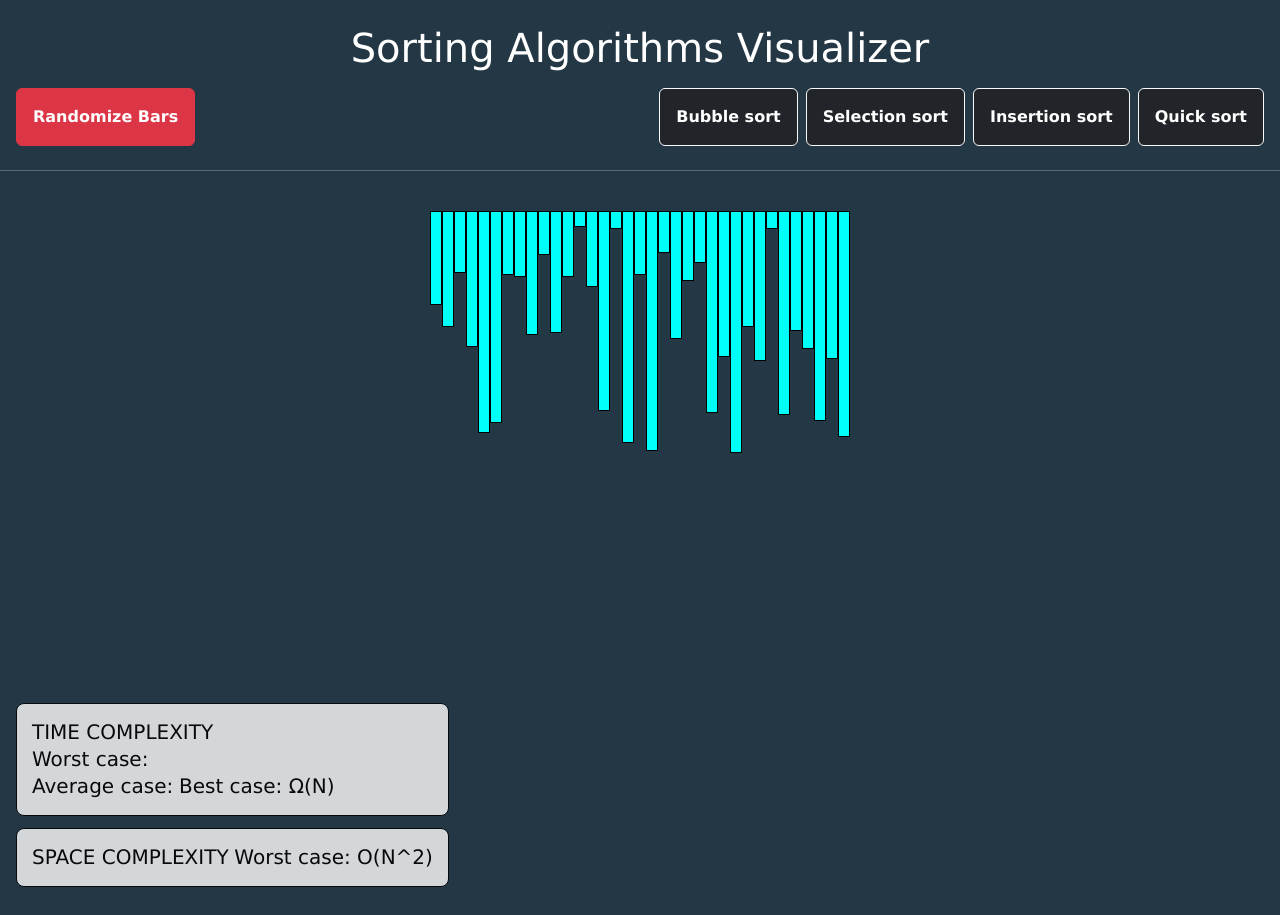
Repository: Vasil1001/Sorting-Algorithms-Visualizer-js
Page: views/index.html
These files come from the project's save history. The page is drawn as it stood at one moment and after a run of saves; the edit follows.
The browser window is 1280 px wide. The pictures show the whole page.

Above is the page before, as saved 2022-11-04 01:24:47.

After the next 3 saves:
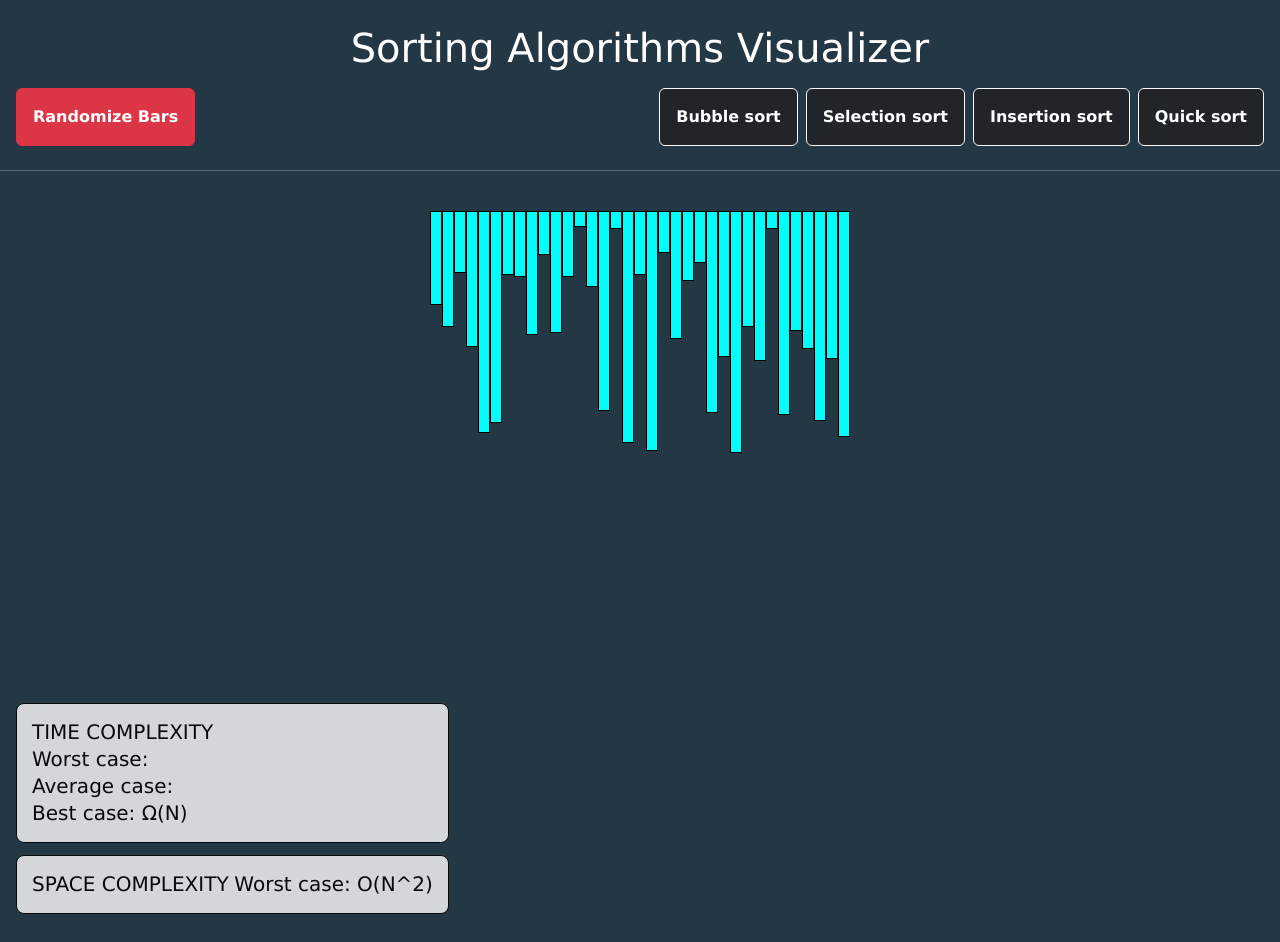
The 3 saves are shown as one change because they came seconds apart.
The last was saved 28 s later.
--- a/views/index.html
+++ b/views/index.html
@@ -60,8 +60,8 @@
           <h5>Worst case:</h5>
           <p id="worst_time"></p>
         </div>
-
-        <h5>Average case:</h5><p id="average_time"></p>
+        <div>        <h5>Average case:</h5><p id="average_time"></p>
+        </div><div></div>
         <h5>Best case: Ω(N)</h5><p id="best_time"></p>
 
       </div>
